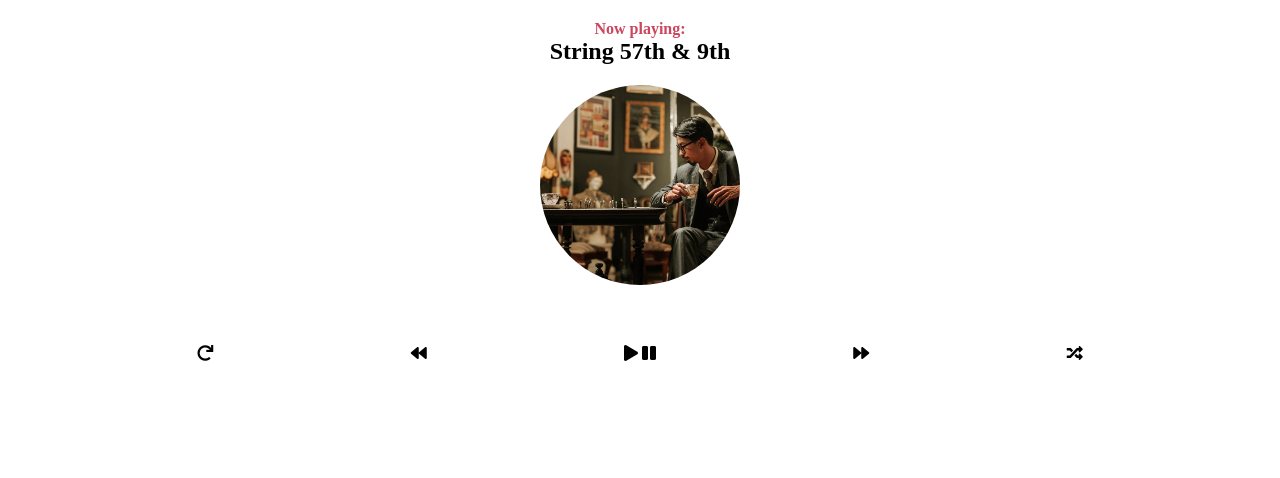
Repository: dovanthao2404/AppMusicPlayer
Page: index.html
The author's editor kept a copy of each file at every save. The page is drawn from the files as they stood at one save, then again after the next save.
The browser window is 1280 px wide. The pictures show the whole page.

Above is the page before, as saved 2021-06-28 02:06:09.

### index.html
<!DOCTYPE html>
<html lang="en">

<head>
  <meta charset="UTF-8">
  <meta http-equiv="X-UA-Compatible" content="IE=edge">
  <meta name="viewport" content="width=device-width, initial-scale=1.0">
  <title>Music</title>
  <!-- FONTAWESOME -->
  <link rel="stylesheet" href="https://cdnjs.cloudflare.com/ajax/libs/font-awesome/5.15.3/css/all.min.css"
    integrity="sha512-iBBXm8fW90+nuLcSKlbmrPcLa0OT92xO1BIsZ+ywDWZCvqsWgccV3gFoRBv0z+8dLJgyAHIhR35VZc2oM/gI1w=="
    crossorigin="anonymous" referrerpolicy="no-referrer" />
  <!-- MAIN CSS -->
  <link rel="stylesheet" href="./css/app.css">
</head>

<body>
  <div class="player">
    <div class="dashboards">
      <!-- HEADER -->
      <header>
        <h4>Now playing:</h4>
        <h2>String 57th & 9th</h2>
      </header>

      <!-- CD -->
      <div id="cd" class="cd">
        <div class="thumb">
          <img src="./img/loinho.jpg" alt="">
        </div>
      </div>

      <!-- CONTROL -->
      <div class="controls" class="controls">
        <div class="btn btn-repeat">
          <i class="fa fa-redo"></i>
        </div>
        <div class="btn btn-prev">
          <i class="fa fa-backward"></i>
        </div>
        <div class="btn btn-toggle-play">
          <i class="fa fa-play"></i>
          <i class="fa fa-pause"></i>
        </div>
        <div class="btn btn-next">
          <i class="fa fa-forward"></i>
        </div>
        <div class="btn btn-random">
          <i class="fa fa-random"></i>
        </div>
      </div>

      <!-- PROGRESS -->
      <div id="progress" class="progress"></div>

      <!-- AUDIO -->
      <audio id="audio" src=""></audio>

      <!-- PLAY LIST -->
      <div class="playlist">

      </div>
    </div>
  </div>
  <script src="./js/app.js"></script>
</body>

</html>

### css/app.css
/* GLOBAL */
* {
  padding: 0;
  margin: 0;
  box-sizing: border-box;
}
/* PLAYER */
.dashboards {
}
header {
  text-align: center;
  margin: 20px 0;
}
header h4 {
  color: rgb(202, 71, 93);
}
.thumb {
  width: 200px;
  height: 200px;
  margin: auto;
}
.thumb img {
  border-radius: 50%;
  width: 100%;
  height: 100%;
  object-fit: cover;
}
.controls {
  display: flex;
  justify-content: space-evenly;
  margin: 60px 0;
}

Loaded but not shown: js/app.js (no stored copy; drawn as an empty file)

After the next save:
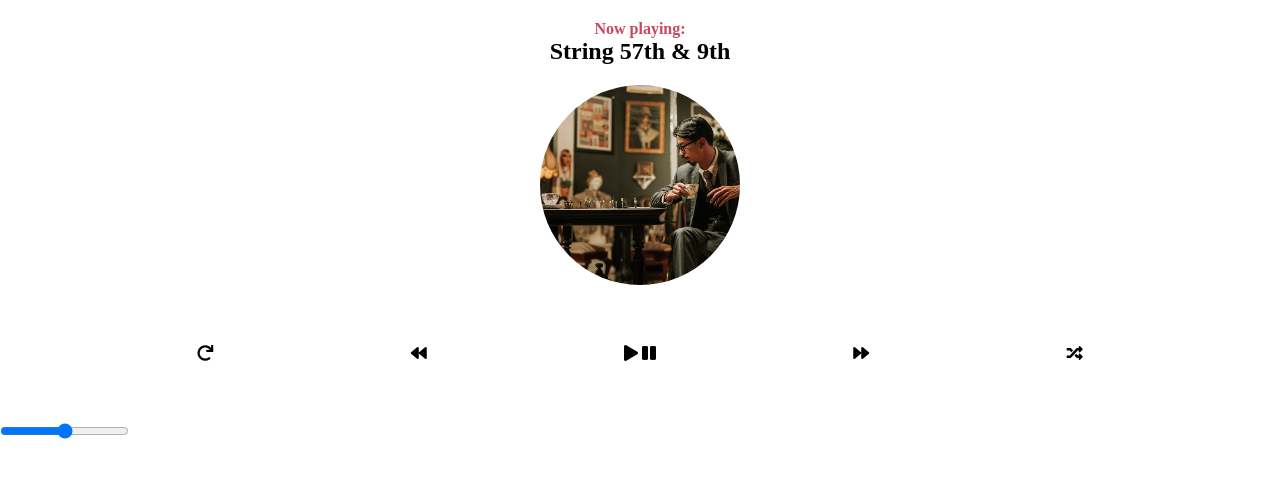
Saved 106 s later.
--- a/index.html
+++ b/index.html
@@ -51,7 +51,7 @@
       </div>
 
       <!-- PROGRESS -->
-      <div id="progress" class="progress"></div>
+      <input id="progress" class="progress" type="range">
 
       <!-- AUDIO -->
       <audio id="audio" src=""></audio>
